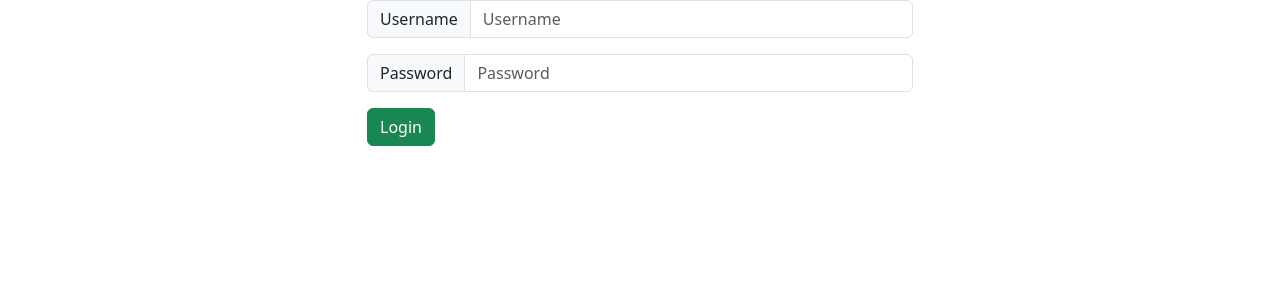
Repository: FrancescoGiordano23/WebappKebab
Page: http://localhost/EsercizioKebab/
These files come from the project's save history. The page is drawn as it stood at one moment and after the next save; the edit follows.
The browser window is 1280 px wide. The pictures show the whole page.
The page is served by Tomcat 10. Other server files are loaded and not shown.

Above is the page before, as saved 2024-08-02 12:27:45.

### EsercizioKebab/src/main/webapp/login.jsp
<%@ page language="java" contentType="text/html; charset=UTF-8"
	pageEncoding="UTF-8"%>
<!DOCTYPE html>
<html>
<head>
<meta charset="UTF-8">
<title>Insert title here</title>
<link
	href="https://cdn.jsdelivr.net/npm/bootstrap@5.3.3/dist/css/bootstrap.min.css"
	rel="stylesheet"
	integrity="sha384-QWTKZyjpPEjISv5WaRU9OFeRpok6YctnYmDr5pNlyT2bRjXh0JMhjY6hW+ALEwIH"
	crossorigin="anonymous">
<script
	src="https://cdn.jsdelivr.net/npm/bootstrap@5.3.3/dist/js/bootstrap.bundle.min.js"
	integrity="sha384-YvpcrYf0tY3lHB60NNkmXc5s9fDVZLESaAA55NDzOxhy9GkcIdslK1eN7N6jIeHz"
	crossorigin="anonymous"></script>
</head>
<body>
	<div class="container">
		<div class="row">
			<!-- LEFT -->
			<div class="col-3"></div>

			<!-- CENTER -->

			<div class="col-6">
				<div class="align-middle">
					<form action="LoginServlet" method="post">
						<div class="input-group mb-3">
							<span class="input-group-text" id="basic-addon-username">Username</span>
							<input type="text" class="form-control" placeholder="Username"
								aria-label="Username" aria-describedby="basic-addon-username"
								name="username">
						</div>

						<div class="input-group mb-3">
							<span class="input-group-text" id="basic-addon-password">Password</span>
							<input type="password" class="form-control"
								placeholder="Password" aria-label="Password"
								aria-describedby="basic-addon-password" name="password">
						</div>

						<button class="btn btn-success" type="submit">Login</button>

					</form>
				</div>
			</div>


			<!-- RIGHT -->
			<div class="col-3"></div>
		</div>
	</div>
</body>
</html>

### EsercizioKebab/src/main/java/com/advancia/servlet/InitializeServlet.java
package com.advancia.servlet;

import java.io.IOException;
import jakarta.servlet.ServletException;
import jakarta.servlet.http.HttpServlet;
import jakarta.servlet.http.HttpServletRequest;
import jakarta.servlet.http.HttpServletResponse;

/**
 * Servlet implementation class InitializeServlet
 */
public class InitializeServlet extends HttpServlet {
	private static final long serialVersionUID = 1L;

    public InitializeServlet() {

    }


	protected void doGet(HttpServletRequest request, HttpServletResponse response) throws ServletException, IOException {

		request.getSession().setAttribute("User", null);
		request.getRequestDispatcher("login.jsp").forward(request, response);
	}


	protected void doPost(HttpServletRequest request, HttpServletResponse response) throws ServletException, IOException {
				doGet(request, response);
	}

}

After the next save:
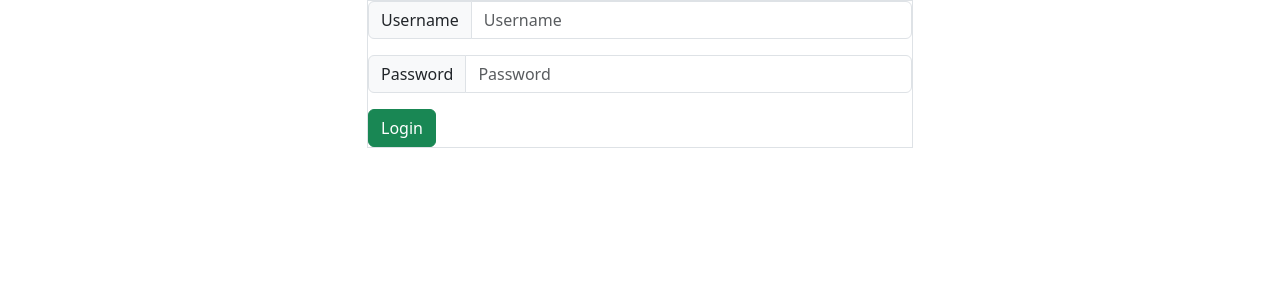
Saved 98 s later.
--- a/EsercizioKebab/src/main/webapp/login.jsp
+++ b/EsercizioKebab/src/main/webapp/login.jsp
@@ -24,7 +24,7 @@
 			<!-- CENTER -->
 
 			<div class="col-6">
-				<div class="align-middle">
+				<div class="border align-middle">
 					<form action="LoginServlet" method="post">
 						<div class="input-group mb-3">
 							<span class="input-group-text" id="basic-addon-username">Username</span>
